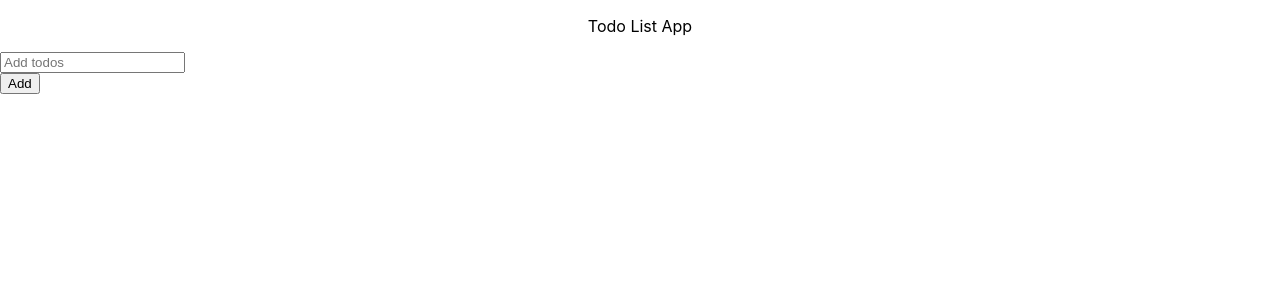
Repository: JohnKang0720/Simple-Todo-List
Page: /
These files come from the project's save history. The page is drawn as it stood at one moment and after the next save; the edit follows.
The browser window is 1280 px wide. The pictures show the whole page.
The project was rebuilt for these pictures with package versions that can differ from the ones it lists, and the page was loaded fresh each time.

Above is the page before, as saved 2021-05-24 11:22:56.

### src/App.js
import logo from './logo.svg';
import './App.css';
import TodoList from './TodoList'
function App() {
  return (
    <div className="App">
     <p> Todo List App</p>
    <TodoList/>
    </div>
  );
}

export default App;

### src/TodoList.js
import React, {useState} from 'react'

function TodoList() {
    const [input, setinput] = useState('')
    const style = {
        display: 'flex'
    }

    const onsubmit = () => {
        console.log("hi")
    }
    return (
        <div>
           <form  className = "todo-form" style = {style}>
               <input type = "text" placeholder = "Add todos"  />

           </form>
           <button onClick = {onsubmit} style = {style}> Add </button>
        </div>
    )
}

export default TodoList

Loaded but not shown: public/index.html (common file); src/index.js (common file); src/index.css (common file); src/reportWebVitals.js (common file); src/App.css (common file)

After the next save:
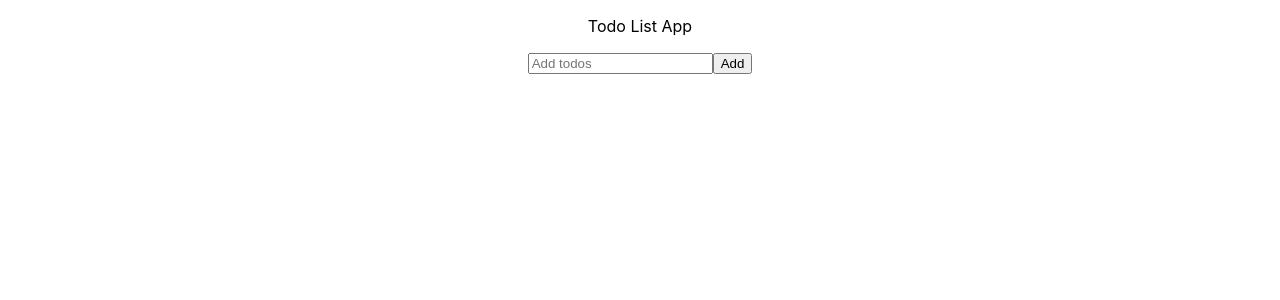
Saved 7 s later.
--- a/src/TodoList.js
+++ b/src/TodoList.js
@@ -3,7 +3,7 @@ import React, {useState} from 'react'
 function TodoList() {
     const [input, setinput] = useState('')
     const style = {
-        display: 'flex'
+        display: 'inline-block'
     }
 
     const onsubmit = () => {
